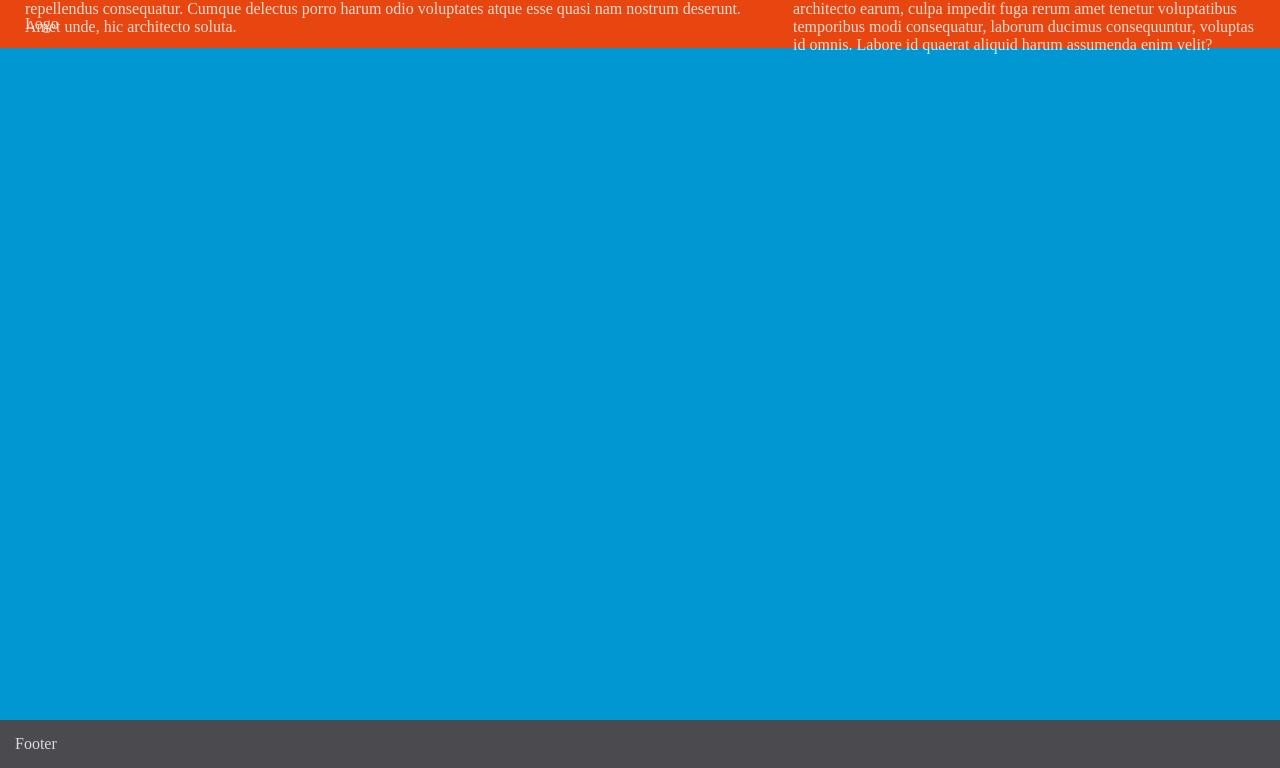
Repository: ElaineArchbold/desktopfirstchallenge
Page: mobilefirst.html
The author's editor kept a record of every edit. The page is drawn from the files as they stood at one moment, then again after the next edit.
The browser window is 1280 px wide. The pictures show the whole page.

Above is the page before.

### mobilefirst.html
<!DOCTYPE html>
<html lang="en">
<head>
    <meta charset="UTF-8">
    <meta name="viewport" content="width=device-width, initial-scale=1.0">
    <meta http-equiv="X-UA-Compatible" content="ie=edge">
  <link rel="stylesheet" href="main2.css" type="text/css" />
    <title>Document</title>
</head>
<body>
    <main class="main">
<header class="header">
    <div class="logo">Logo</div>
</header>


        <section class="section">
          <div class="vcentre">
              <article class="article column column-60">
              <p class="section-paragraph">Lorem ipsum dolor sit amet, consectetur adipisicing elit. A cum doloremque nam eius, maiores deserunt quis adipisci reprehenderit cupiditate earum quos aut et sunt ea fugiat officia quam magnam ducimus beatae repellendus consequatur. Cumque delectus porro harum odio voluptates atque esse quasi nam nostrum deserunt. Amet unde, hic architecto soluta.
              </p>

          </article>
          <aside class="aside column column-40">
              <p class="section-paragraph">
                  Lorem ipsum dolor sit amet, consectetur adipisicing elit. Porro, voluptatum optio voluptas temporibus, id autem. Quas dolores repudiandae molestias ipsam voluptate dolore obcaecati quibusdam architecto earum, culpa impedit fuga rerum amet tenetur voluptatibus temporibus modi consequatur, laborum ducimus consequuntur, voluptas id omnis. Labore id quaerat aliquid harum assumenda enim velit?

              </p>


          </aside>
          </div>
        </section>

        <footer class="footer">
            Footer

        </footer>
    </main>

</body>
</html>

### main2.css
body, html {
    height: 100%;
    margin: 0;
    color: rgb(255, 255, 255, .8);
}

.header {
    position: fixed;
    top: 0;
    left: 0;
    right: 0;
    background-color: #e84610;
    padding: 15px 25px;
}

.main{
    height: 100%;
}

.section {
    background-color: #0097d3;
    height: 100%;
}

.article, .aside {
    position: relative;
    top: 50%;
    transform: translateY(-50%); /*centres the text vertically*/
}

.section-paragraph {
    font-size: 1em;
    margin: 25px; /*this is also part of the global styles*/
}

.footer {
    background-color: #4a4a4f;
    padding: 15px;
}

.column {
    float: left;

}

@media (min-width: 768px) {
    .column-60 {
        width: 60%;
    }

    .column-40 {
        width: 40%;
    }
}

After the next edit:
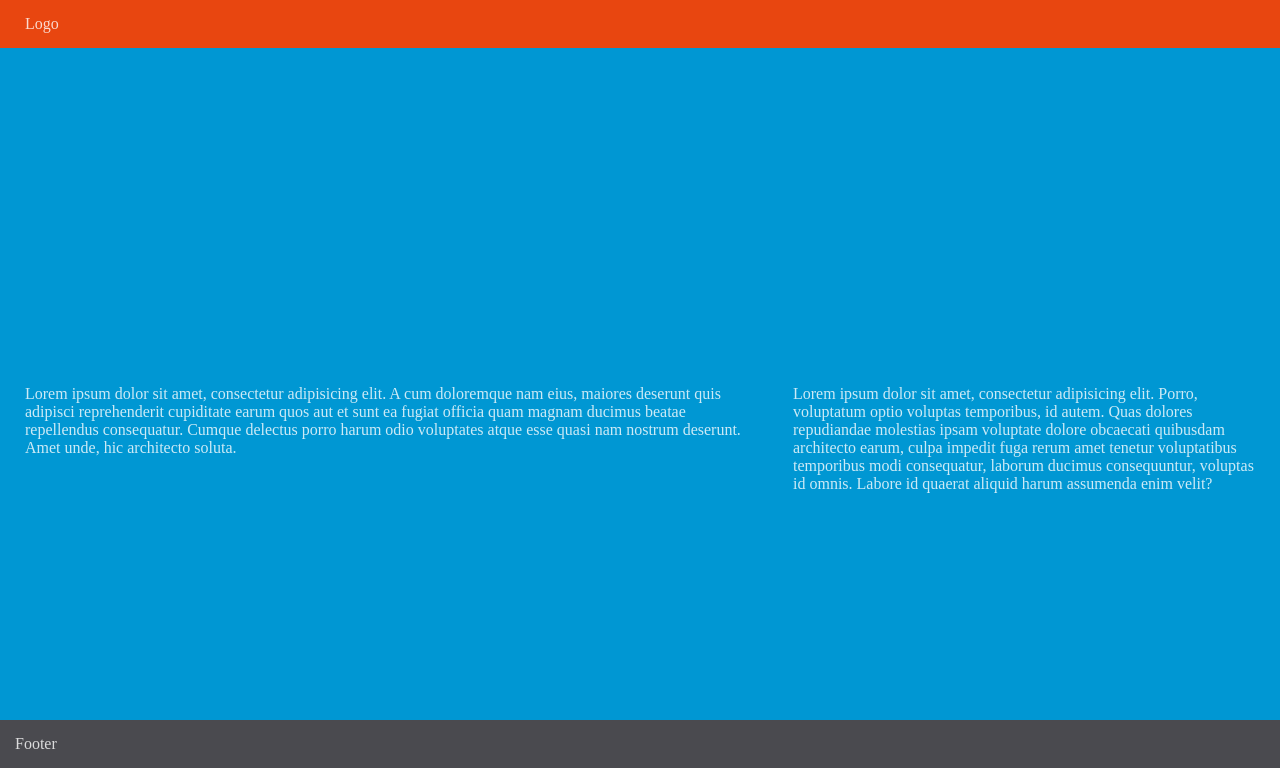
The edit:
--- a/main2.css
+++ b/main2.css
@@ -22,7 +22,7 @@
     height: 100%;
 }
 
-.article, .aside {
+.vcentre {
     position: relative;
     top: 50%;
     transform: translateY(-50%); /*centres the text vertically*/
